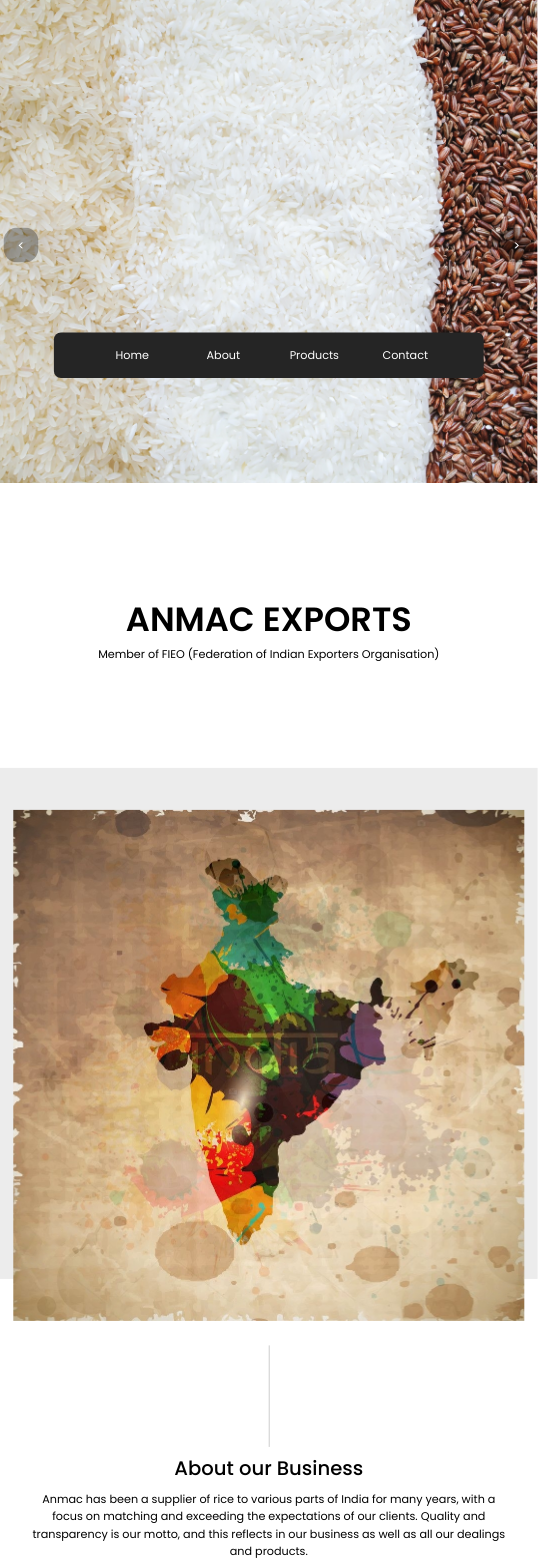
Repository: BitanNag/anmac-portfolio
Page: /#/
These files come from the project's save history. The page is drawn as it stood at one moment and after the next save; the edit follows.
The browser window is 768 px wide. The pictures show the part of the page from y = 0 to 2240 px (the page is 8365 px tall), at 70% of full size.
Some web fonts or font styles are not loaded; a fallback is used. The project was rebuilt for these pictures with package versions that can differ from the ones it lists, and the page was loaded fresh each time. Also part of the build but not shown: vue.config.js, src/components/HeaderSection.vue, src/views/AboutView.vue, src/views/ProductsView.vue, src/components/ClientsSection.vue, src/views/ClientsView.vue, src/views/ContactView.vue.

Above is the page before, as saved 2023-11-06 23:23:15.

### public/index.html
<!DOCTYPE html>
<html lang="">
  <head>
    <meta charset="utf-8">
    <meta http-equiv="X-UA-Compatible" content="IE=edge">
    <meta name="viewport" content="width=device-width,initial-scale=1.0">
    <link rel="icon" href="<%= BASE_URL %>logo.ico">
    <title>Anmac Exports</title>
  </head>
  <body>
    <noscript>
      <strong>We're sorry but <%= htmlWebpackPlugin.options.title %> doesn't work properly without JavaScript enabled. Please enable it to continue.</strong>
    </noscript>
    <div id="app"></div>
    <!-- built files will be auto injected -->
  </body>
</html>

### src/App.vue
<template>
	<router-view/>
</template>

<style>
	@import url('https://fonts.googleapis.com/css2?family=Clicker+Script&family=Poppins:wght@200;300;400;500;600&display=swap');

	* {
		margin: 0;
		padding: 0;
		box-sizing: border-box;
		font-family: 'Poppins', sans-serif;
	}

	body {
		overflow: overlay;
	}

	#app {
		margin: 0;
		padding: 0;
		box-sizing: border-box;
	}
</style>

### src/views/HomeView.vue
<template>

	<div class="main-container">
		<!-- ***** Home Page ***** -->
		<Hero />

		<div class="display-section">
			<div class="container">
				<div class="box">
					<div class="detail-box">
					<h2>
						Anmac Exports
					</h2>
					<p>Member of FIEO (Federation of Indian Exporters Organisation)</p>
					</div>
				</div>
			</div>
		</div>

		<About />

		<Products />

		<ContactForm />

		<Info />

		<Footer />

	</div>
</template>

<script>
	import Hero from '../components/HeroSection.vue';
	import About from '../components/AboutSection.vue';
	import Products from '../components/ProductsSection.vue';
	import ContactForm from '../components/ContactSection.vue';
	import Info from '../components/InfoSection.vue';
	import Footer from '../components/FooterSection.vue'

	export default {
		name: 'App',


		components: {
			Hero,
			About,
			Products,
			ContactForm,
			Info,
			Footer
		}

	}
</script>

<style scoped>
	/* styling for display section starts */
	.display-section {
		padding: 30px 0;
	}

	.display-section .box {
		display: -webkit-box;
		display: -ms-flexbox;
		display: flex;
		-webkit-box-orient: vertical;
		-webkit-box-direction: normal;
		-ms-flex-direction: column;
		flex-direction: column;
		-webkit-box-align: center;
		-ms-flex-align: center;
		align-items: center;
		text-align: center;
	}

	.display-section .box .detail-box h2 {
		font-weight: bold;
		font-size: 3rem;
		text-transform: uppercase;
		margin-top: 5px;
	}

	.display-section .box .detail-box p {
		margin-bottom: 0;
	}

	.display-section .box .img-box img {
		max-width: 100%;
	}

	.display-section .box .btn-box {
		margin-top: 25px;
	}

	.display-section .box .btn-box a {
		display: inline-block;
		padding: 8px 40px;
		background-color: #313131;
		border: 1px solid #313131;
		color: #ffffff;
		text-decoration: none;
	}

	.display-section .box .btn-box a:hover {
		background-color: transparent;
		color: #313131;
	}


	@media (max-width: 992px) {
		.display-section {
			margin-top: 115px;
		}
	}

	/* styling for display section ends */

	/* styling for scrollbar */
	::-webkit-scrollbar {
		width: 10px;
	}

	::-webkit-scrollbar-track {
		background: transparent;
	}

	::-webkit-scrollbar-thumb {
		background: #fd9e2e;
		border-radius: 10px;
	}
	/* styling for scrollbar */

</style>

### src/components/HeroSection.vue
<template>
    <div class="hero-section" id="home-section">

        <!-- title section starts -->
        <!-- <div class="title">
            <p> ANMAC</p>
        </div> -->
        <!-- title section ends -->

        <!-- image slider section starts -->
        <carousel-component :slides="$store.state.heroDisplay" :mode="'hero-display'" :key="1"></carousel-component>
        <!-- image slider section ends -->

        <!-- navigation bar section starts -->
        <nav class="nav-bar">
            <ul class="nav-list">
                <li class="nav-item">
                    <!-- <router-link class="nav-link" to="/">Home</router-link> -->
                    <button @click="scrollToElement('#home-section')">Home</button>
                </li>
                <li class="nav-item">
                    <!-- <router-link class="nav-link" to="/about">About</router-link> -->
                    <button @click="scrollToElement('#about-section')">About</button>
                </li>
                <li class="nav-item">
                    <!-- <router-link class="nav-link" to="/products">Products</router-link> -->
                    <button @click="scrollToElement('#products-section')">Products</button>
                </li>
                <!-- <li class="nav-item">
                    <router-link class="nav-link" to="/testimonial">Testimonial</router-link>
                    <button>Testimonial</button>
                </li> -->
                <li class="nav-item">
                    <!-- <router-link class="nav-link" to="/contactUs">Contact</router-link> -->
                    <button @click="scrollToElement('#contact-section')">Contact</button>
                </li>
            </ul>
        </nav>

    </div>
</template>

<script>
    import VueScrollTo from 'vue-scrollto';
    import CarouselComponent from './carousel/CarouselComponent.vue';

    export default {
        name: 'HeroArea',


        components: { CarouselComponent },


        methods: {
            scrollToElement(element) {
                VueScrollTo.scrollTo(element, 500, {
                    easing: 'ease-in-out',
                    offset: -100,
                    force: false,
                    cancelable: true,
                    onStart: function () {
                        console.log('Scroll started');
                    },
                    onDone: function () {
                        console.log('Scroll finished');
                    },
                    onCancel: function () {
                        console.log('Scroll canceled');
                    },
                    x: false,
                    y: true
                });
            }
        }
    }

</script>



<style scoped>

    .hero-section {
		height: 700px;
		width: 100%;
        display: flex;
        flex-direction: column;
        justify-content: center;
        align-items: center;
        margin: 0 0 50px 0;
	}

    .hero-section .title {
        position: absolute;
        display: flex;
        justify-content: center;
        align-items: center;
        z-index: 10;
        top: 2px;
    }

    .hero-section .title > p {
        color: white;
        font-size: 35px;
        font-weight: bold;
        letter-spacing: -2px;
        margin-top: 5px;
    }

    .hero-section .nav-bar {
        position: relative;
        transform: translateY(-40px);
        width: 60%;
        z-index: 1;
    }

    .hero-section .nav-bar .nav-list {
        position: absolute;
        width: 100%;
        padding: 15px 100px;
        display: flex;
        justify-content: center;
        align-items: center;
        background-color: #252525;
        list-style-type: none;
        border-radius: 10px;
        gap: 30px;
    }

    .hero-section .nav-bar .nav-list .nav-item {
        display: flex;
        justify-content: center;
        align-items: center;
    }

    .hero-section .nav-bar .nav-list .nav-item button {
        background: transparent;
        outline: none;
        border: none;
        padding: 10px;
        width: 100px;
        color: white;
        font-size: 16px;
        border-radius: 10px;
        cursor: pointer;
    }

    .hero-section .nav-bar .nav-list .nav-item button:hover {
        background-color: lightgray;
        color: black;
    }

    .hero-section .nav-bar .nav-list .nav-item .nav-link {
        text-decoration: none;
        color: inherit;
        margin: 0 30px;
        padding: 0;
        text-align: center;
    }


    @media (max-width: 992px) and (min-width: 863px) {
        .hero-section .nav-bar {
            width: 90%;
        }
    }


    @media (max-width: 863px) {
        .hero-section {
            overflow: hidden;
            height: 700px;
        }

        .hero-section .nav-bar {
            position: relative;
            padding: 5px;
            display: grid;
            width: 80%;
            bottom: 25%;
        }

        .hero-section .nav-bar .nav-list {
            padding: 10px 0;
            /* top: 1000%; */
            display: flex;
            flex-flow: wrap;
            height: fit-content;
        }

        .hero-section .nav-bar .nav-list .nav-item .nav-link {
            text-align: center;
            flex-basis: 33.333%;
        }
    }
</style>

### src/components/AboutSection.vue
<template>
      <!-- about section -->

    <section class="about-section" id="about-section">
            <div class="img-box">
                <img src="../assets/images/about-img.jpeg" alt="">
            </div>
            <div class="detail-box">
                <div class="title-container">
                <hr>
                <h2>About our Business</h2>
                </div>
                <p>Anmac has been a supplier of rice to various parts of India for many years, with a focus on matching and exceeding the expectations of our clients. Quality and transparency is our motto, and this reflects in our business as well as all our dealings and products. </p>
                <button @click="scrollToElement('#contact-section')">Contact Us</button>
            </div>
    </section>

    <!-- end about section -->
</template>



<script>
    import VueScrollTo from 'vue-scrollto';
    export default {
        name: 'AboutSection',


        methods: {
            scrollToElement(element) {
                VueScrollTo.scrollTo(element, 500, {
                    easing: 'ease-in-out',
                    offset: -100,
                    force: false,
                    cancelable: true,
                    onStart: function () {
                        console.log('Scroll started');
                    },
                    onDone: function () {
                        console.log('Scroll finished');
                    },
                    onCancel: function () {
                        console.log('Scroll canceled');
                    },
                    x: false,
                    y: true
                });
            }
        }
    }
</script>



<style scoped>
    .about-section {
        display: flex;
        padding: 20px 0;
        margin-top: 100px;
    }

    .about-section .img-box {
        width: 40%;
        padding: 35px 0;
        background-color: #ececec;
    }

    .about-section .img-box img {
        width: 100%;
        -webkit-transform: translateX(45px);
        transform: translateX(45px);
    }

    .about-section .detail-box {
        text-align: center;
        width: 60%;
        padding: 35px 45px;
        margin: 0 20px;
    }

    .about-section .detail-box .title-container {
        display: flex;
        flex-direction: column;
        align-items: center;
    }

    .about-section .detail-box .title-container hr {
        width: 1px;
        height: 145px;
        margin: 0;
        border: none;
        background-color: #b7b7b7;
        margin-bottom: 10px;
    }

    .about-section .detail-box .title-container h2 {
        font-size: 28px;
        font-weight: 500;
    }

    .about-section .detail-box p {
        margin-top: 10px;
    }

    .about-section .detail-box button {
        display: inline-block;
        padding: 10px 40px;
        background-color: #313131;
        border: 1px solid #313131;
        color: #ffffff;
        margin-top: 20px;
        text-decoration: none;
        cursor: pointer;
    }

    .about-section .detail-box button:hover {
        background-color: transparent;
        color: #313131;
    }


    @media (max-width: 992px) {
        .about-section {
            flex-direction: column;
        }

        .about-section .img-box {
            width: 100%;
            padding: 0;
            display: flex;
            justify-content: center;
            margin: 0 0 60px 0;
        }

        .about-section .img-box img {
            width: 95%;
            transform: translate(0, 60px)
        }

        .about-section .detail-box{
            width: 100%;
            margin: 0;
        }
    }
</style>

### src/components/ProductsSection.vue
<template>

	<div class="products-section">

		<div class="title-container">
			<hr>
			<h2> Our Products </h2>
		</div>

		<div class="products-container">
			<div class="product-box" v-for="item in portfolio" :key="item.id">
				<img :src="require(`../assets/images/products/${item.image}`)" alt="">
				<div class="box-overlay">
					<h5>{{item.name}}</h5>
					<p>{{item.description}}</p>
					<a href="">Buy Now</a>
				</div>
			</div>
		</div>

	</div>

</template>



<script>

	export default {
		name: 'ProductsSection',


		data() {
			return {
				portfolio: [
					{
						id: 1,
						name: 'Orange',
						description: 'Lorem, ipsum dolor sit amet consectetur adipisicing elit. Molestias aut, repellat ipsum facere voluptate dicta obcaecati deserunt nobis suscipit eaque?',
						image: 'f-1.jpg'
					},
					{
						id: 2,
						name: 'Blueberry',
						description: 'efgh',
						image: 'f-2.jpg'
					},
					{
						id: 3,
						name: 'Banana',
						description: 'ijkl',
						image: 'f-3.jpg'
					},
					{
						id: 4,
						name: 'Apple',
						description: 'mnop',
						image: 'f-4.jpg'
					},
					{
						id: 5,
						name: 'Mango',
						description: 'qrst',
						image: 'f-5.jpg'
					},
					{
						id: 6,
						name: 'Strawberry',
						description: 'uvwx',
						image: 'f-6.jpg'
					},
				]
			}
		},
	}

</script>



<style scoped>
	.products-section {
		overflow: hidden;
		padding: 40px 0;
		margin-top: 100px;
	}

	.products-section .title-container {
		display: flex;
		align-items: center;
		margin-bottom: 35px;
		transform: translateX(15%);
	}

	.products-section .title-container hr {
		width: 15%;
		height: 1px;
		border: none;
		margin: 0 10px;
		background-color: #b7b7b7;
	}

	.products-section .title-container h2 {
		margin: 0;
		font-weight: 500;
		font-size: 28px;
	}

	.products-section .products-container {
		display: flex;
		flex-wrap: wrap;
		justify-content: center;
	}

	.products-section .products-container .product-box {
		flex: 0 0 31.33%;
		margin: 1%;
		position: relative;
		overflow: hidden;
	}

	.products-section .products-container .product-box img {
		width: 100%;
	}

	.products-section .products-container .product-box .box-overlay {
		position: absolute;
		left: 0;
		top: 100%;
		width: 100%;
		height: 100%;
		opacity: 0;
		background-color: #252525;
		color: #ffffff;
		display: flex;
		flex-direction: column;
		align-items: center;
		justify-content: center;
		transition: all 0.3s;
	}

	.products-section .products-container .product-box .box-overlay h5 {
		text-transform: uppercase;
		margin-bottom: 25px;
	}

	.products-section .products-container .product-box .box-overlay p {
		/* text-transform: uppercase; */
		padding: 15px;
		margin-bottom: 25px;
		text-align: center;
	}

	.products-section .products-container .product-box .box-overlay a {
		display: inline-block;
		padding: 7px 35px;
		border: 1px solid #ffffff;
		color: #ffffff;
		font-size: 15px;
		text-decoration: none;
	}

	.products-section .products-container .product-box .box-overlay a:hover {
		background-color: #ffffff;
		color: #000000;
	}

	.products-section .products-container .product-box:hover .box-overlay {
		top: 0;
		opacity: 0.9;
	}


	@media (max-width: 992px) {
		.products-section .products-container .product-box {
			flex: 0 0 90%;
			margin: 1.5%;
		}
	}
</style>

### src/components/FooterSection.vue
<template>
    <div class="footer-section">
        <p>&copy;{{currentYear}}&nbsp; All Rights Reserved.</p>
    </div>
</template>



<script>
    export default {
        name: 'FooterSection',


        data() {
            return {
                currentYear: new Date().getFullYear()
            }
        }
    }
</script>



<style scoped>
    .footer-section {
        display: flex;
        justify-content: center;
        align-items: center;
    }

    .footer-section > p {
        margin: 0;
        height: 30px;
    }
</style>

### src/components/carousel/CarouselComponent.vue
<template>

    <div class="carousel" :style="styles.carouselStyle">
        <div class="carousel-inner" :style="styles.carouselInnerStyle">
            <carousel-item
                v-for="(slide, index) in slides"
                :key="`item-${index}`"
                :slide="slide"
                :currentSlideNumber="currentSlideNumber"
                :index="index"
                :direction="direction"
                :mode="mode"
            ></carousel-item>
            <carousel-controls :mode="mode" @prev="changeCurrentSlide" @next="changeCurrentSlide"></carousel-controls>
        </div>
    </div>

</template>



<script>

    import CarouselItem from './CarouselItem.vue';
    import CarouselControls from './CarouselControls.vue';

    export default {
        props: ['slides', 'mode'],


        components: { CarouselItem, CarouselControls },


        data: () => ({
            currentSlideNumber: 0,
            slideInterval: null,
            direction: 'right',
            styles: {
                carouselStyle: undefined,
                carouselInnerStyle: undefined,
            }
        }),


        created() {
            if(this.mode === 'clients-display') {
                this.styles.carouselStyle = 'padding: 30px',
                this.styles.carouselInnerStyle = 'width: 900px; height: 700px;'
            } else {
                this.styles.carouselStyle = 'padding: 0; width: 100%; height: 100%',
                this.styles.carouselInnerStyle = 'width: 100%; height: 100%'
            }
        },


        mounted() {
            this.startSlideTimer();
        },


        beforeUnmount() {
            this.stopSlideTimer();
        },


        methods: {
            setCurrentSlide(index) {
                this.currentSlideNumber = index;
            },

            changeCurrentSlide(action) {
                this.stopSlideTimer();

                const index = action === "prev" ? (this.currentSlideNumber > 0 ? this.currentSlideNumber - 1 : this.slides.length - 1) : (this.currentSlideNumber < this.slides.length - 1 ? this.currentSlideNumber + 1 : 0);
                this.direction = action === "prev" ? "left" : "right";
                this.setCurrentSlide(index);

                this.startSlideTimer();
            },

            stopSlideTimer() {
                clearInterval(this.slideInterval);
            },

            startSlideTimer() {
                this.slideInterval = setInterval(() => {
                    this.changeCurrentSlide('next')
                }, 5000);
            }
        }
    }

</script>



<style scoped>
    .carousel {
        display: flex;
        justify-content: center;
    }

    .carousel-inner {
        position: relative;
        overflow: hidden;
    }
</style>

### src/components/carousel/CarouselItem.vue
<template>

    <transition :name="transitionEffect">
        <div class="carousel-item" v-show="currentSlideNumber === index" :style="styles.carouselItemStyle">

            <div class="img-box" :style="styles.imageBoxStyle">
                <img :src="require(`../../assets/images/${(mode === 'hero-display' ? 'hero-display/' : 'client-pictures/') + slide.picture}`)" alt="" :style="styles.imageStyle">
            </div>

            <div class="detail-box" v-if="mode === 'clients-display'">
                <h3>{{slide.name}}</h3>
                <p>
                    <img src="../../assets/images/quotation-marks/left-quote.png" alt="">
                        {{slide.testimonial}}
                    <img src="../../assets/images/quotation-marks/right-quote.png" alt="">
                </p>
            </div>

        </div>
    </transition>


</template>



<script>
    export default {
        props: ['slide', 'currentSlideNumber', 'index', 'direction', 'mode'],


        data: () => ({
            styles: {
                carouselItemStyle: undefined,
                imageBoxStyle: undefined,
                imageStyle: undefined
            }
        }),


        computed: {
            transitionEffect() {
                return this.direction === 'left' ? 'slide-in' : 'slide-out';
            }
        },


        created() {
            if(this.mode === 'clients-display') {
                this.styles.carouselItemStyle = 'padding: 30px';
                this.styles.imageBoxStyle = 'margin: 20px 0';
                this.styles.imageStyle = 'display : block; width: 250px; height: 300px; border: 2px solid goldenrod; border-radius: 50%'
            } else {
                this.styles.carouselItemStyle = 'padding: 0px; width: 100%; height: 100%;';
                this.styles.imageBoxStyle = 'margin: 0px; width: 100%; height: 100%;';
                this.styles.imageStyle = 'display : block; width: 100%; height: 100%;'
            }
        }
    }
</script>



<style scoped>
    .carousel-item {
        height: fit-content;

        position: absolute;
        top: 0;
        left: 0;
        bottom: 0;
        right: 0;

        display: flex;
        flex-direction: column;
        justify-content: center;
        align-items: center;

    }

    .carousel-item .img-box > img {
        object-fit: cover;
        object-position: center;
    }

    .slide-in-enter-active,
    .slide-in-leave-active,
    .slide-out-enter-active,
    .slide-out-leave-active {
        transition: all 1s ease-in-out;
    }

    .slide-in-enter-from {
        transform: translateX(-100%);
    }

    .slide-in-leave-to {
        transform: translateX(100%);
    }

    .slide-out-enter-from {
        transform: translateX(100%);
    }

    .slide-out-leave-to {
        transform: translateX(-100%);
    }


    .carousel-item .detail-box {
        width: 500px;
        display: flex;
        flex-direction: column;
        justify-content: center;
        align-items: center;
    }

    .carousel-item .detail-box > p {
        text-align: center;
        margin: 10px 0;
    }


    @media (max-width: 992px) {
        .carousel-item .detail-box {
            width: 290px;
        }
    }
</style>

### src/components/carousel/CarouselControls.vue
<template>

    <div class="carousel-controls" :style="styles.carouselControlsStyle">
        <button class="carousel-button prev" @click="$emit('prev', 'prev')" :style="styles.carouselButtonStyle"><span>&lt;</span></button>
        <button class="carousel-button next" @click="$emit('next', 'next')" :style="styles.carouselButtonStyle"><span>&gt;</span></button>
    </div>

</template>



<script>
    export default {
        props: ['mode'],


        data: () => ({
            styles: {
                carouselControlsStyle: undefined,
                carouselButtonStyle: undefined
            }
        }),


        created() {
            if(this.mode === 'clients-display') {
                this.styles.carouselControlsStyle = 'top: 30%';
                this.styles.carouselButtonStyle = 'background-color: black; border: 1px solid transparent; border-radius: 50%;'
            } else {
                this.styles.carouselControlsStyle = 'top: 50%';
                this.styles.carouselButtonStyle = 'background-color: rgba(0, 0, 0, 0.3); border: 1px solid transparent; border-radius: 20px;'
            }
        }
    }
</script>



<style scoped>
    .carousel-controls {
        position: absolute;
        width: calc(100% - 10px);
        /* height: fit-content; */
        display: flex;
        justify-content: space-between;
        align-items: center;
        /* top: 50%; */
        transform: translateY(-50%);
        margin: 5px;
    }

    .carousel-button {
        cursor: pointer;
        z-index: 10;
        color: white;
        padding: 20px;
        font-size: 18px;
        width: 50px;
        height: 50px;
        display: flex;
        justify-content: center;
        align-items: center;
        /* outline: 1px solid transparent; */
    }

    .carousel-button:hover {
        border: 2px solid black !important;
        background-color: rgba(211, 211, 211, 0.5) !important;
        color: black;
    }
</style>

Loaded but not shown: src/main.js (common file); src/store/index.js (87 lines, source omitted); src/router/index.js (42 lines, source omitted); src/components/ContactSection.vue (255 lines, source omitted); src/components/InfoSection.vue (186 lines, source omitted)

After the next save:
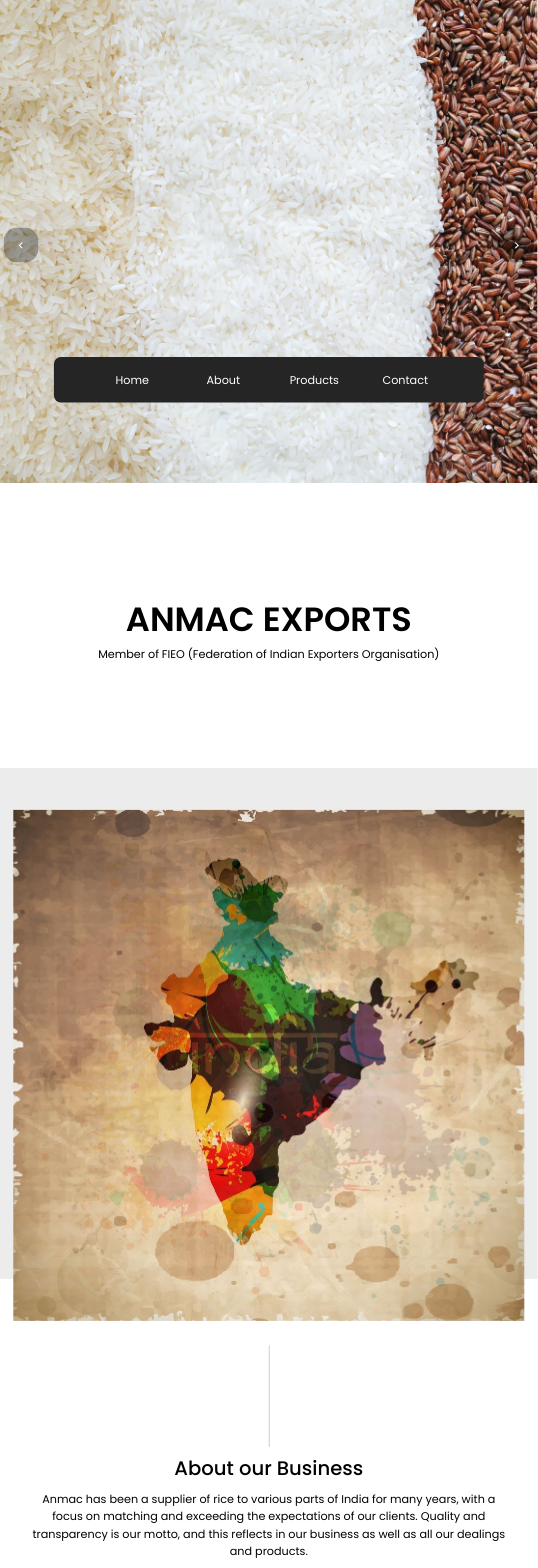
Saved 6 s later.
--- a/src/components/HeroSection.vue
+++ b/src/components/HeroSection.vue
@@ -177,7 +177,7 @@
             padding: 5px;
             display: grid;
             width: 80%;
-            bottom: 25%;
+            bottom: 20%;
         }
 
         .hero-section .nav-bar .nav-list {
